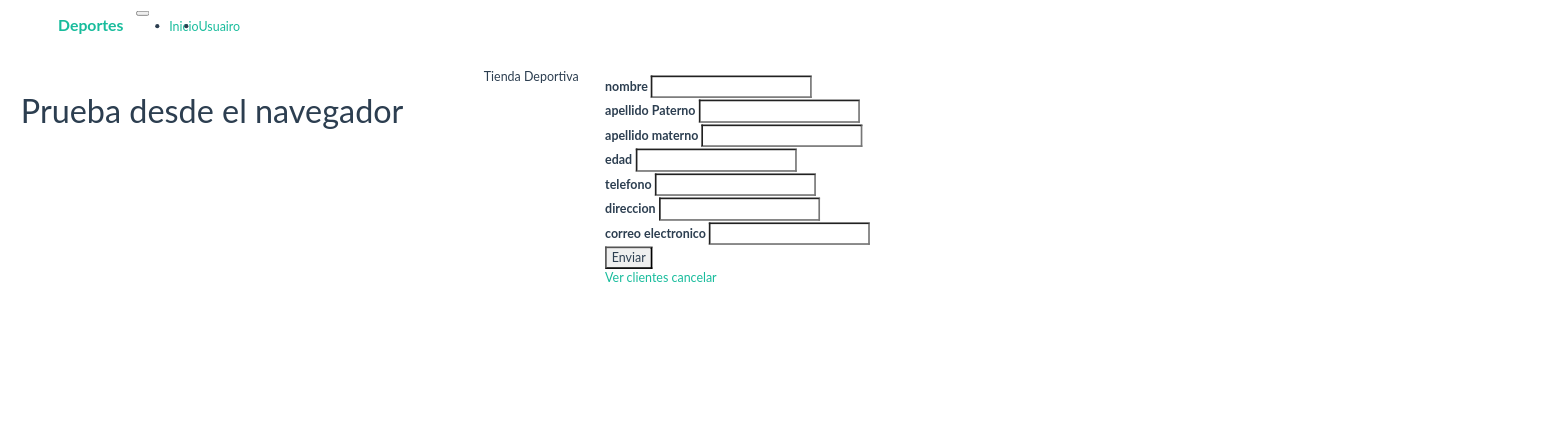
Repository: ixchelmorneo/PruebasUnitarias
Page: http://localhost/home
An editor plug-in stored every save of this project. The page is shown before and after the next save, followed by the edit.
The browser window is 1280 px wide. The page is 1884 px wide, so the pictures cover 1884 px, including what lies to the right of the window. The pictures show the whole page, at 83% of full size.
The page is this project's Thymeleaf template; nobody is signed in. The template is opened directly, without the code that normally fills it, so the values that code supplies are empty.

Above is the page before, as saved 2020-11-28 00:05:18.

### tiendaDeportiva/src/main/resources/templates/home.html
<!DOCTYPE html>
<html xmlns:th="http://www.thymeleaf.org">
<head th:replace="plantilla/template :: head">
<meta charset="UTF-8">
<title>Insert title here</title>
</head>
<body>


	<header th:replace="plantilla/template :: header"></header>
<div style="padding: 10px; float: left; width: 45%; text-align: justify;">

	<div class="container">
		<h1>Prueba desde el navegador</h1>
	</div>

</div>

<div style="padding: 10px; float: right; width: 45%; text-align: justify;">


<div class="container">

	<form th:action="@{/cliente/alta}" method="post">

		 <label for="equipo_2">nombre</label>
		  <input type="text" name="nombre"/>
		 <br/>
		 <label for="equipo_2">apellido Paterno</label>
		  <input type="text" name="apellidoP"/>
		 <br/>
		 <label for="equipo_2">apellido materno</label>
		  <input type="text" name="apellidoM"/>
		 <br/>
		 <label for="equipo_2">edad</label>
		  <input type="text" name="edad"/>
		 <br/>
		 <label for="equipo_2">telefono</label>
		  <input type="text" name="telefono"/>
		 <br/>
		 <label for="equipo_2">direccion</label>
		  <input type="text" name="direccion"/>
		 <br/>
		 <label for="equipo_2">correo electronico</label>
		  <input type="text" name="correo"/>
		 <br/>
		  <input type="submit" value="Enviar"/>

	</form>


	<a th:href="@{/cliente/Clientes}" >Ver clientes</a>





	<a th:href="@{/cliente/Cancelar}" >cancelar</a>

	</div>
</div>
	<footer th:replace="plantilla/template :: footer"></footer>







</body>
</html>

### tiendaDeportiva/src/main/resources/templates/plantilla/template.html
<!DOCTYPE html>
<html xmlns:th="http://www.thymeleaf.org">
<head th:fragment="head">
<meta charset="UTF-8">
<title>Usuario</title>
<link rel="stylesheet" th:href="@{/css/bootstrap.min.css}">

</head>
<body>
	<!-- BARRA DE NAVEGACION -->

	<header th:fragment="header">

		<nav class="navbar navbar-expand-lg navbar-dark bg-dark">
			<div class="container">
				<a class="navbar-brand" href="#"><strong>Deportes</strong></a>
				<button class="navbar-toggler" type="button" data-toggle="collapse"
					data-target="#navbarSupportedContent"
					aria-controls="navbarSupportedContent" aria-expanded="false"
					aria-label="Toggle navigation">
					<span class="navbar-toggler-icon"></span>
				</button>

				<!-- Enlaces del menu -->
				<div class="collapse navbar-collapse" id="navbarSupportedContent">
					<ul class="navbar-nav mr-auto">
						<li class="nav-item active"><a class="nav-link" href="#">Inicio
								<span class="sr-only">(current)</span>
						</a></li>
						<li class="nav-item"><a class="nav-link" href="#">Usuairo</a></li>
					</ul>
				</div>
			</div>
		</nav>




	</header>


	<!-- CONTENIDO -->

	<div class="container"></div>


	<!-- PIE DE PAGINA -->
	<footer th:fragment="footer" class=" bg-dark text-center text-white fixed-bottom">

		<div class="container">
			<p>Tienda Deportiva</p>

		</div>

		<script type="text/javascript"
			th:src="@{/js/jquery-3.5.1.slim.min.js}"></script>
		<script type="text/javascript" th:src="@{/js/popper.min.js}"></script>
		<script type="text/javascript" th:src="@{/js/bootstrap.min.js}"></script>

	</footer>



</body>
</html>

Loaded but not shown: tiendaDeportiva/src/main/resources/static/css/bootstrap.min.css (library); tiendaDeportiva/src/main/resources/static/js/jquery-3.5.1.slim.min.js (library); tiendaDeportiva/src/main/resources/static/js/popper.min.js (library); tiendaDeportiva/src/main/resources/static/js/bootstrap.min.js (library)

After the next save:
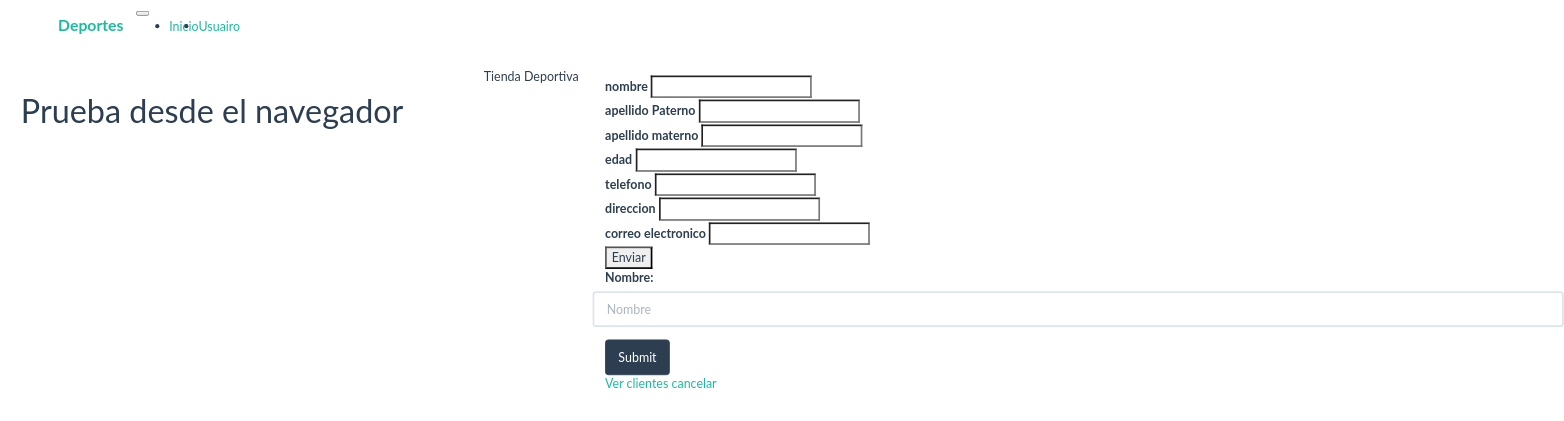
Saved 8 min 38 s later.
--- a/tiendaDeportiva/src/main/resources/templates/home.html
+++ b/tiendaDeportiva/src/main/resources/templates/home.html
@@ -49,6 +49,26 @@
 	</form>
 
 
+
+
+<form>
+  <div class="form-group row">
+    <label class="col-md-2" for="nombre">Nombre:</label>
+    <input type="text" class="form-control" id="nombre" placeholder="Nombre">
+    <small></small>
+  </div>
+
+  <button type="submit" class="btn btn-primary">Submit</button>
+</form>
+
+
+
+
+
+
+
+
+
 	<a th:href="@{/cliente/Clientes}" >Ver clientes</a>
 
 
